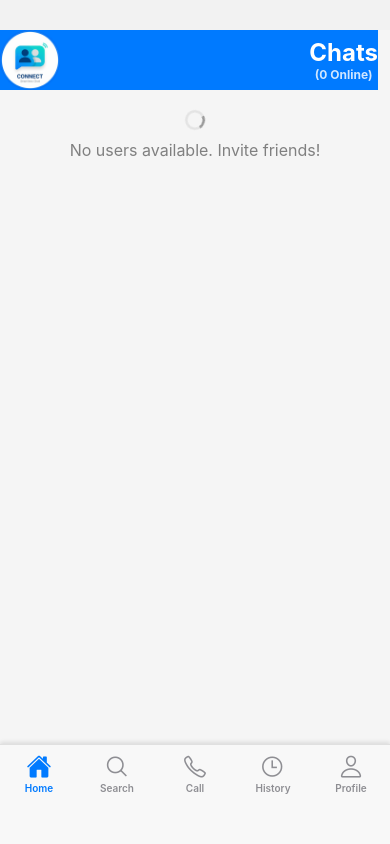
Repository: UdayRaj04/Chatapp_native
Screen: /MainTabs (app in ChatAppFrontend/)
These files come from the project's save history. The screen is drawn as it stood at one moment and after the next save; the edit follows.
The app was drawn by React Native's web renderer in a window 390 px wide. The project was rebuilt for these pictures with package versions that can differ from the ones it lists, and the page was loaded fresh each time. Some packages were replaced by stand-ins written for this rebuild. Also part of the build but not shown: ChatAppFrontend/screens/RegisterScreen.tsx, ChatAppFrontend/screens/ChatScreen.tsx, ChatAppFrontend/screens/SearchScreen.tsx, ChatAppFrontend/screens/AnalyticsScreen.tsx, ChatAppFrontend/screens/HistoryScreen.tsx, ChatAppFrontend/screens/ProfileScreen.tsx.

Above is the screen before, as saved 2025-09-09 17:59:08.

### ChatAppFrontend/App.tsx
import 'react-native-get-random-values';  // Polyfill first
import React from 'react';
import { NavigationContainer } from '@react-navigation/native';
import { createStackNavigator } from '@react-navigation/stack';
import { createBottomTabNavigator } from '@react-navigation/bottom-tabs';
import { Ionicons } from '@expo/vector-icons';
import { LogBox, View } from 'react-native';
import { SafeAreaProvider } from 'react-native-safe-area-context';  // New: For dynamic insets

// Suppress warnings
LogBox.ignoreLogs([
  'Text strings must be rendered within a <Text> component',
  'VirtualizedList: You have a large list that is slow to initial render',
  'Require cycle:',
  /Warning: [A-Za-z ]*Text strings[A-Za-z ]*/,
]);

// Your existing screens
import LoginScreen from './screens/LoginScreen';
import RegisterScreen from './screens/RegisterScreen';
import ChatListScreen from './screens/ChatListScreen';
import ChatScreen from './screens/ChatScreen';

// Placeholder screens (ensure they exist)
import SearchScreen from './screens/SearchScreen';
import AnalyticsScreen from './screens/AnalyticsScreen';
import HistoryScreen from './screens/HistoryScreen';
import ProfileScreen from './screens/ProfileScreen';

const Stack = createStackNavigator();
const Tab = createBottomTabNavigator();

// Main Tab Navigator (enhanced with safe area for no overlap)
function MainTabs() {
  return (
    <Tab.Navigator
      screenOptions={({ route }) => ({
        tabBarIcon: ({ focused, color, size }) => {
          let iconName: keyof typeof Ionicons.glyphMap;

          if (route.name === 'Chats') {
            iconName = focused ? 'home' : 'home-outline';
          } else if (route.name === 'Search') {
            iconName = focused ? 'search' : 'search-outline';
          } else if (route.name === 'Call') {
            iconName = focused ? 'call' : 'call-outline';
          } else if (route.name === 'History') {
            iconName = focused ? 'time' : 'time-outline';
          } else {
            iconName = focused ? 'person' : 'person-outline';
          }

          return <Ionicons name={iconName} size={size} color={color} />;
        },
        tabBarActiveTintColor: '#007AFF',
        tabBarInactiveTintColor: '#8e8e93',
        tabBarStyle: {
          backgroundColor: '#f8f8f8',
          borderTopWidth: 0.5,
          borderTopColor: '#e0e0e0',
          elevation: 8,
          shadowColor: '#000',
          shadowOffset: { width: 0, height: -2 },
          shadowOpacity: 0.1,
          shadowRadius: 4,
          height: 100,  // Increased: Taller tab bar (60 was too tight; 70 + labels)
          paddingBottom: 50,  // Reduced top padding for balance
          paddingTop: 5,
          position: 'absolute',  // Explicit: Ensures absolute positioning
          bottom: 0,  // Pin to bottom
          left: 0,
          right: 0,
          marginBottom: 0,  // No extra margin
        },
        tabBarLabelStyle: {
          fontSize: 10,
          fontWeight: '600',
          marginBottom: 0,  // Tight labels
        },
        headerShown: false,
        lazy: true,
        // New: Apply safe area padding to tab screens (prevents overlap)
        cardStyle: { paddingBottom: 0 },  // No extra card padding
      })}
    >
      <Tab.Screen name="Chats" component={ChatListScreen} options={{ title: 'Home' }} />
      <Tab.Screen name="Search" component={SearchScreen} options={{ title: 'Search' }} />
      <Tab.Screen name="Call" component={AnalyticsScreen} options={{ title: 'Call' }} />
      <Tab.Screen name="History" component={HistoryScreen} options={{ title: 'History' }} />
      <Tab.Screen name="Profile" component={ProfileScreen} options={{ title: 'Profile' }} />
    </Tab.Navigator>
  );
}

// Main App - Wrapped in SafeAreaProvider
export default function App() {
  return (
    <SafeAreaProvider>  {/* New: Enables useSafeAreaInsets() */}
      <View style={{ flex: 1 }}>
        <NavigationContainer>
          <Stack.Navigator
            initialRouteName="Login"
            screenOptions={{
              headerShown: false,
              cardStyle: { backgroundColor: '#f5f5f5' },
            }}
          >
            <Stack.Screen name="Login" component={LoginScreen} />
            <Stack.Screen name="Register" component={RegisterScreen} />
            <Stack.Screen name="MainTabs" component={MainTabs} />
            <Stack.Screen
              name="Chat"
              component={ChatScreen}
              options={{
                headerShown: true,
                headerTitle: 'Chat',
                headerStyle: { backgroundColor: '#007AFF' },
                headerTintColor: '#fff',
                presentation: 'modal',
                // Hide tabs in chat to avoid overlap
                tabBarStyle: { display: 'none' },
              }}
            />
          </Stack.Navigator>
        </NavigationContainer>
      </View>
    </SafeAreaProvider>
  );
}

### ChatAppFrontend/screens/LoginScreen.tsx
import React, { useState } from 'react';
import {
  View,
  TextInput,
  TouchableOpacity,
  Text,
  StyleSheet,
  Alert,
  ActivityIndicator,
  KeyboardAvoidingView,
  Platform,
  Image,  // New: For logo
} from 'react-native';
import { Ionicons } from '@expo/vector-icons';  // For input icons
import { useSafeAreaInsets } from 'react-native-safe-area-context';  // For insets (provider in App.tsx)
import { useNavigation } from '@react-navigation/native';  // For navigation
import AsyncStorage from '@react-native-async-storage/async-storage';
import axios, { AxiosError } from 'axios';

const API_BASE = 'http://192.168.29.93:5000/api';

interface LoginResponse {
  token: string;
  user: {
    id?: string;
    _id?: string;
    username: string;
    email: string;
  };
}

export default function LoginScreen() {
  const [email, setEmail] = useState<string>('');
  const [password, setPassword] = useState<string>('');
  const [loading, setLoading] = useState<boolean>(false);
  const [emailError, setEmailError] = useState<string>('');
  const [passwordError, setPasswordError] = useState<string>('');
  const navigation = useNavigation<any>();
  const insets = useSafeAreaInsets();  // Use insets from root provider

  const validateEmail = (email: string): boolean => {
    const emailRegex = /^[^\s@]+@[^\s@]+\.[^\s@]+$/;
    if (!email) {
      setEmailError('Email is required');
      return false;
    }
    if (!emailRegex.test(email)) {
      setEmailError('Invalid email format');
      return false;
    }
    setEmailError('');
    return true;
  };

  const validatePassword = (password: string): boolean => {
    if (!password) {
      setPasswordError('Password is required');
      return false;
    }
    if (password.length < 6) {
      setPasswordError('Password must be at least 6 characters');
      return false;
    }
    setPasswordError('');
    return true;
  };

  const handleLogin = async (): Promise<void> => {
    if (!validateEmail(email) || !validatePassword(password)) return;

    setLoading(true);
    try {
      const response = await axios.post<LoginResponse>(`${API_BASE}/auth/login`, {
        email,
        password,
      });
      await AsyncStorage.setItem('token', response.data.token);
      await AsyncStorage.setItem('user', JSON.stringify(response.data.user));
      navigation.replace('MainTabs');  // Navigate to tabs on success
    } catch (err) {
      const error = err as AxiosError;
      Alert.alert('Login Failed', error.response?.data?.error || 'Invalid credentials');
    } finally {
      setLoading(false);
    }
  };

  return (
    <KeyboardAvoidingView
      style={[styles.container, { paddingTop: insets.top }]}
      behavior={Platform.OS === 'ios' ? 'padding' : 'height'}
      enabled={true}
    >
      {/* Title with Logo */}
      <View style={styles.titleContainer}>
        {/* New: Bigger Logo */}
        <Image
          source={require('../assets/logos.png')}  // Adjust path if needed (e.g., '../../assets/logo.png')
          style={styles.logo}
          resizeMode="contain"
        />
        <Text style={styles.title}>Seamless Chat</Text>
        <Text style={styles.subtitle}>Welcome back! Sign in to continue</Text>
      </View>

      {/* Form */}
      <View style={styles.formContainer}>
        {/* Email Input */}
        <View style={styles.inputContainer}>
          <Ionicons name="mail" size={24} color="#999" style={styles.inputIcon} />
          <TextInput
            style={[styles.input, emailError ? styles.inputError : null]}
            value={email}
            onChangeText={(text) => {
              setEmail(text);
              if (emailError) validateEmail(text);
            }}
            placeholder="Email"
            keyboardType="email-address"
            autoCapitalize="none"
            onBlur={() => validateEmail(email)}
          />
        </View>
        {emailError ? <Text style={styles.errorText}>{emailError}</Text> : null}

        {/* Password Input */}
        <View style={styles.inputContainer}>
          <Ionicons name="lock-closed" size={24} color="#999" style={styles.inputIcon} />
          <TextInput
            style={[styles.input, passwordError ? styles.inputError : null]}
            value={password}
            onChangeText={(text) => {
              setPassword(text);
              if (passwordError) validatePassword(text);
            }}
            placeholder="Password"
            secureTextEntry={true}
            onBlur={() => validatePassword(password)}
          />
        </View>
        {passwordError ? <Text style={styles.errorText}>{passwordError}</Text> : null}

        {/* Login Button */}
        <TouchableOpacity
          style={[styles.button, loading ? styles.buttonDisabled : null]}
          onPress={handleLogin}
          disabled={loading}
          activeOpacity={0.7}
        >
          {loading ? (
            <ActivityIndicator size="small" color="#fff" />
          ) : (
            <Text style={styles.buttonText}>Login</Text>
          )}
        </TouchableOpacity>

        {/* Register Link */}
        <TouchableOpacity
          style={styles.linkContainer}
          onPress={() => navigation.navigate('Register')}
        >
          <Text style={styles.linkText}>Don't have an account? Register</Text>
        </TouchableOpacity>
      </View>
    </KeyboardAvoidingView>
  );
}

const styles = StyleSheet.create({
  container: {
    flex: 1,
    backgroundColor: '#f5f5f5',
    justifyContent: 'center',
    alignItems: 'center',
  },
  titleContainer: {
    alignItems: 'center',
    marginBottom: 50,  // Increased: More space after logo/title to form
  },
  // New: Logo Style (Bigger, Centered)
  logo: {
    width: 120,  // Bigger size - adjust as needed (e.g., 100 for smaller)
    height: 120,
    marginBottom: 20,  // Space between logo and title
    alignSelf: 'center',
  },
  title: {
    fontSize: 32,
    fontWeight: 'bold',
    color: '#333',
    marginBottom: 5,
  },
  subtitle: {
    fontSize: 16,
    color: '#666',
    textAlign: 'center',
  },
  formContainer: {
    width: '85%',  // Responsive width
    alignItems: 'center',
  },
  inputContainer: {
    flexDirection: 'row',
    alignItems: 'center',
    backgroundColor: '#fff',
    borderRadius: 10,
    marginBottom: 15,
    paddingHorizontal: 15,
    elevation: 2,
    shadowColor: '#000',
    shadowOffset: { width: 0, height: 1 },
    shadowOpacity: 0.1,
    shadowRadius: 2,
    width: '100%',
  },
  inputIcon: {
    marginRight: 10,
  },
  input: {
    flex: 1,
    paddingVertical: 12,
    fontSize: 16,
    color: '#333',
  },
  inputError: {
    borderWidth: 1,
    borderColor: '#ff6b6b',
  },
  errorText: {
    color: '#ff6b6b',
    fontSize: 12,
    marginBottom: 10,
    alignSelf: 'flex-start',
  },
  button: {
    backgroundColor: '#007AFF',
    borderRadius: 10,
    paddingVertical: 15,
    width: '100%',
    alignItems: 'center',
    marginTop: 10,
    elevation: 2,
    shadowColor: '#007AFF',
    shadowOffset: { width: 0, height: 2 },
    shadowOpacity: 0.2,
    shadowRadius: 4,
  },
  buttonDisabled: {
    backgroundColor: '#ccc',
  },
  buttonText: {
    color: '#fff',
    fontSize: 18,
    fontWeight: 'bold',
  },
  linkContainer: {
    marginTop: 20,
    alignItems: 'center',
  },
  linkText: {
    color: '#007AFF',
    fontSize: 16,
    textDecorationLine: 'underline',
  },
});

### ChatAppFrontend/screens/ChatListScreen.tsx
import React, { useState, useEffect } from 'react';
import {
  View,
  FlatList,
  Text,
  TouchableOpacity,
  StyleSheet,
  Alert,
  ActivityIndicator,
  Image,
} from 'react-native';
import { Ionicons } from '@expo/vector-icons';  // New: For user icons (person-circle)
import { useSafeAreaInsets } from 'react-native-safe-area-context';  // From previous (for padding)
import AsyncStorage from '@react-native-async-storage/async-storage';
import axios, { AxiosError } from 'axios';
import io, { Socket } from 'socket.io-client';

const API_BASE = 'http://192.168.29.93:5000/api';

interface User {
  _id: string;
  id?: string;
  username: string;
  email: string;
}

export default function ChatListScreen({ navigation }: { navigation: any }) {
  const [users, setUsers] = useState<User[]>([]);
  const [loading, setLoading] = useState<boolean>(true);
  const [currentUser, setCurrentUser] = useState<User | null>(null);
  const [socket, setSocket] = useState<Socket | null>(null);
  const [onlineUsers, setOnlineUsers] = useState<Set<string>>(new Set());

  // Safe area for dynamic padding (from previous)
  const insets = useSafeAreaInsets();
  const bottomPadding = Math.max(120, insets.bottom + 70);

  useEffect(() => {
    loadUser();
    fetchUsers();

    const initSocket = async () => {
      const token = await AsyncStorage.getItem('token');
      if (token) {
        const newSocket = io(API_BASE.replace('/api', ''), {
          auth: { token },
        });
        setSocket(newSocket);
        newSocket.on('connect_error', () => Alert.alert('Socket Error', 'Connection failed'));

        newSocket.on('userOnline', (data) => {
          console.log('User online:', data.userId);
          setOnlineUsers((prev) => new Set([...prev, data.userId]));
        });

        newSocket.on('userOffline', (data) => {
          console.log('User offline:', data.userId);
          setOnlineUsers((prev) => {
            const newSet = new Set(prev);
            newSet.delete(data.userId);
            return newSet;
          });
        });

        newSocket.on('onlineUsersList', (data) => {
          console.log('Initial online users:', data.onlineUsers);
          setOnlineUsers(new Set(data.onlineUsers));
        });

        newSocket.on('connect', () => {
          console.log('Socket connected - requesting online users');
          newSocket.emit('getOnlineUsers');
        });
      }
    };
    initSocket();

    return () => {
      socket?.disconnect();
    };
  }, []);

  const loadUser = async (): Promise<void> => {
    const userStr = await AsyncStorage.getItem('user');
    if (userStr) {
      setCurrentUser(JSON.parse(userStr));
    }
    setLoading(false);
  };

  const fetchUsers = async (): Promise<void> => {
    const token = await AsyncStorage.getItem('token');
    if (!token) return;
    try {
      const response = await axios.get<User[]>(`${API_BASE}/users`, {
        headers: { Authorization: `Bearer ${token}` },
      });
      const validUsers = response.data.filter(u =>
        u && u.username && (u._id || u.id) && typeof u.username === 'string'
      );
      setUsers(validUsers);
    } catch (err) {
      const error = err as AxiosError;
      Alert.alert('Error', error.response?.data?.error || 'Failed to load users');
    }
  };

  const startChat = (otherUser: User): void => {
    const userId = otherUser.id || otherUser._id;
    console.log('Starting chat with userId:', userId);
    if (!userId) {
      Alert.alert('Error', 'Invalid user data');
      return;
    }
    navigation.navigate('Chat', {
      otherUserId: userId,
      otherUserName: otherUser.username,
    });
  };

  const renderUser = ({ item }: { item: User }): JSX.Element => {
    if (!item || !item.username || !(item._id || item.id)) {
      return (
        <View style={styles.userItem}>
          <View style={styles.userContent}>
            <Text style={styles.username}>Invalid user entry</Text>
          </View>
        </View>
      );
    }
    const userId = item.id || item._id;
    const isOnline = onlineUsers.has(userId);
    const userIdShort = userId.substring(0, 8) + '...';
    return (
      <TouchableOpacity onPress={() => startChat(item)} style={styles.userItem} activeOpacity={0.7}>
        <View style={styles.userContent}>
          {/* New: User icon on left */}
          <View style={styles.iconContainer}>
            <Ionicons
              name="person-circle"
              size={50}
              color={isOnline ? '#007AFF' : '#ccc'}  // Green for online, gray for offline
            />
            {/* Optional: Small online dot (green circle below icon) */}
            {isOnline && (
              <View style={styles.onlineDot} />
            )}
          </View>
          {/* Text content on right */}
          <View style={styles.textContent}>
            <Text style={styles.username}>{item.username}</Text>
            {isOnline && <Text style={styles.onlineBadge}>Online</Text>}
            <Text style={styles.idText}>{"(ID: " + userIdShort + ")"}</Text>
          </View>
        </View>
      </TouchableOpacity>
    );
  };

  const renderEmpty = (): JSX.Element => (
    <View style={[styles.emptyContainer, { paddingBottom: bottomPadding }]}>
      <ActivityIndicator size="small" color="#999" />
      <Text style={styles.emptyText}>No users available. Invite friends!</Text>
    </View>
  );

  if (loading) {
    return (
      <View style={styles.loadingContainer}>
        <ActivityIndicator size="large" color="#0000ff" />
        <Text style={styles.loadingText}>Loading chats...</Text>
      </View>
    );
  }

  return (
    <View style={styles.container}>
      <View style={{
  flexDirection: 'row',       // 👈 Arrange items in a row
  alignItems: 'center',       // 👈 Vertically center icon & text
  marginRight: 12,
  backgroundColor: '#007AFF',
  justifyContent:"space-between",
}}>
  <Image
    source={require('../assets/logos.png')}
    style={{ height: 60, width: 60, marginRight: 10 }}  // 👈 space between logo & text
  />
  <View style={{ flexDirection: 'column', alignItems: 'center' }}>
  <Text style={styles.title}>
    Chats
  </Text>
  <Text style={styles.title1}>
    ({onlineUsers.size} Online)
  </Text>
  </View>
</View>
      <FlatList
        data={users}
        keyExtractor={(item, index) => (item._id || item.id || index.toString())}
        renderItem={renderUser}
        ListEmptyComponent={renderEmpty}
        contentContainerStyle={[styles.listContent, { paddingBottom: bottomPadding }]}
        style={{ flex: 1 }}
        keyboardShouldPersistTaps="handled"
        bounces={true}
        showsVerticalScrollIndicator={true}
        initialNumToRender={10}
        maxToRenderPerBatch={5}
        windowSize={10}
        removeClippedSubviews={true}
        extraData={users}
        getItemLayout={(data, index) => ({ length: 70, offset: 70 * index, index })}
      />
    </View>
  );
}

const styles = StyleSheet.create({
  container: {
    marginTop: 30,
    flex: 1,
    backgroundColor: '#f5f5f5',
  },
  title: {
    fontSize: 24,
    fontWeight: 'bold',
    padding: 0,
    color: '#ffffffff',
    textAlign: 'center',



  },
  title1: {
    fontSize: 12,
    fontWeight: 'bold',
    padding: 0,
    color: '#ffffffce',
    textAlign: 'center',

  },
  loadingContainer: {
    flex: 1,
    justifyContent: 'center',
    alignItems: 'center',
  },
  loadingText: {
    marginTop: 10,
    fontSize: 16,
    color: '#666',
  },
  listContent: {
    paddingHorizontal: 10,
  },
  userItem: {
    backgroundColor: '#fff',
    marginVertical: 5,
    marginHorizontal: 10,
    borderRadius: 10,
    padding: 15,
    elevation: 2,
    shadowColor: '#000',
    shadowOffset: { width: 0, height: 1 },
    shadowOpacity: 0.2,
    shadowRadius: 1.41,
    // New: Taller for icon row
    minHeight: 70,
  },
  userContent: {
    flex: 1,
    flexDirection: 'row',  // New: Row for icon + text
    alignItems: 'center',  // New: Vertical center
  },
  // New: Icon container (left side)
  iconContainer: {
    marginRight: 15,  // Space between icon and text
    position: 'relative',  // For online dot positioning
  },
  // New: Text content wrapper (right side)
  textContent: {
    flex: 1,  // Take remaining space
    flexDirection: 'column',  // Stack username, badge, ID
    justifyContent: 'flex-start',
  },
  username: {
    fontSize: 18,
    fontWeight: 'bold',
    marginBottom: 2,  // Small space before badge/ID
  },
  onlineBadge: {
    fontSize: 12,
    color: '#007AFF',
    fontWeight: 'bold',
    marginBottom: 2,
  },
  idText: {
    fontSize: 12,
    color: 'gray',
  },
  // New: Online status dot (small green circle under icon)
  onlineDot: {
    position: 'absolute',
    bottom: 0,
    right: 0,
    width: 12,
    height: 12,
    borderRadius: 6,
    backgroundColor: '#007AFF',
    borderWidth: 2,
    borderColor: '#fff',  // White border for visibility
  },
  emptyContainer: {
    justifyContent: 'center',
    alignItems: 'center',
    padding: 20,
  },
  emptyText: {
    fontSize: 16,
    color: 'gray',
    textAlign: 'center',
    marginTop: 10,
  },
});

Loaded but not shown: ChatAppFrontend/index.ts (common file)

After the next save:
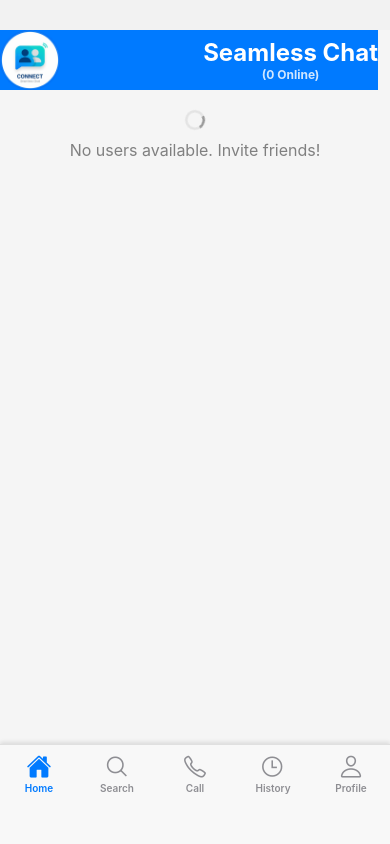
Saved 33 s later.
--- a/ChatAppFrontend/screens/ChatListScreen.tsx
+++ b/ChatAppFrontend/screens/ChatListScreen.tsx
@@ -188,7 +188,7 @@ export default function ChatListScreen({ navigation }: { navigation: any }) {
   />
   <View style={{ flexDirection: 'column', alignItems: 'center' }}>
   <Text style={styles.title}>
-    Chats
+    Seamless Chat
   </Text>
   <Text style={styles.title1}>
     ({onlineUsers.size} Online)
